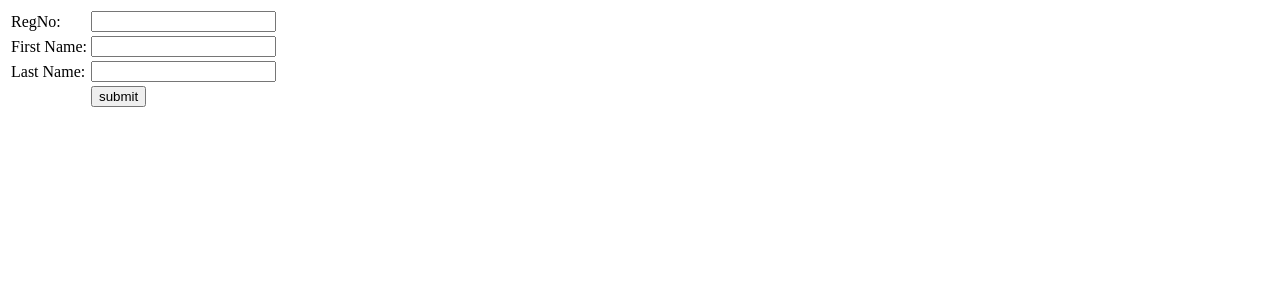
Repository: ThejashreeMS/JDBC
Page: MyLastCapApp/WebContent/Form.html
The author's editor kept a copy of each file at every save. The page is drawn from the files as they stood at one save, then again after the next save.
The browser window is 1280 px wide. The pictures show the whole page.

Above is the page before, as saved 2018-03-13 17:16:01.

### MyLastCapApp/WebContent/Form.html
<!DOCTYPE html>
<html>
<head>
<meta charset="ISO-8859-1">
<title>Insert title here</title>
</head>
<body>
<form method="post" action="http://localhost:8080/MyLastCapApp/success">
<table>
<tr><td>RegNo:</td><td><input type="text" name="regno" required></td></tr>
<tr><td>First Name:</td><td><input type="text" name="fname" required></td></tr>
<tr><td>Last Name:</td><td><input type="text" name="lname" required></td></tr>
<tr><td></td><td><input type="Submit" name="submit" value="submit"></td></tr>

</table>
</form>
</body>
</html>

After the next save:
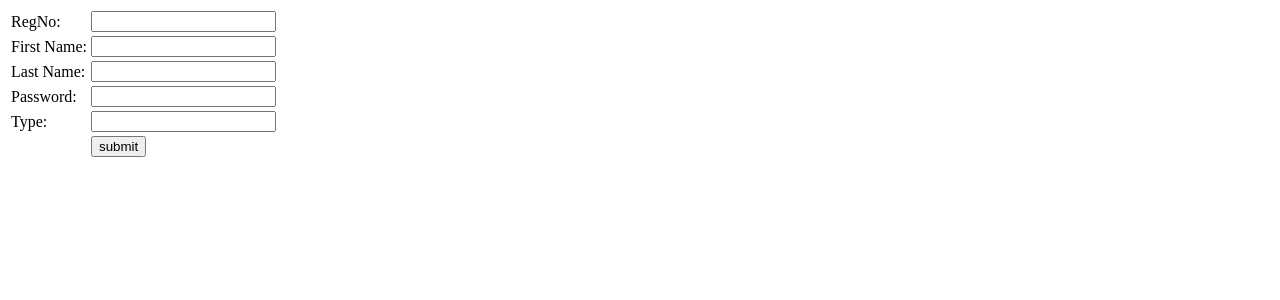
Saved 68 s later.
--- a/MyLastCapApp/WebContent/Form.html
+++ b/MyLastCapApp/WebContent/Form.html
@@ -10,6 +10,9 @@
 <tr><td>RegNo:</td><td><input type="text" name="regno" required></td></tr>
 <tr><td>First Name:</td><td><input type="text" name="fname" required></td></tr>
 <tr><td>Last Name:</td><td><input type="text" name="lname" required></td></tr>
+<tr><td>Password:</td><td><input type="password" name="pwd" required></td></tr>
+<tr><td>Type:</td><td><input type="text" name="type" required></td></tr>
+
 <tr><td></td><td><input type="Submit" name="submit" value="submit"></td></tr>
 
 </table>
